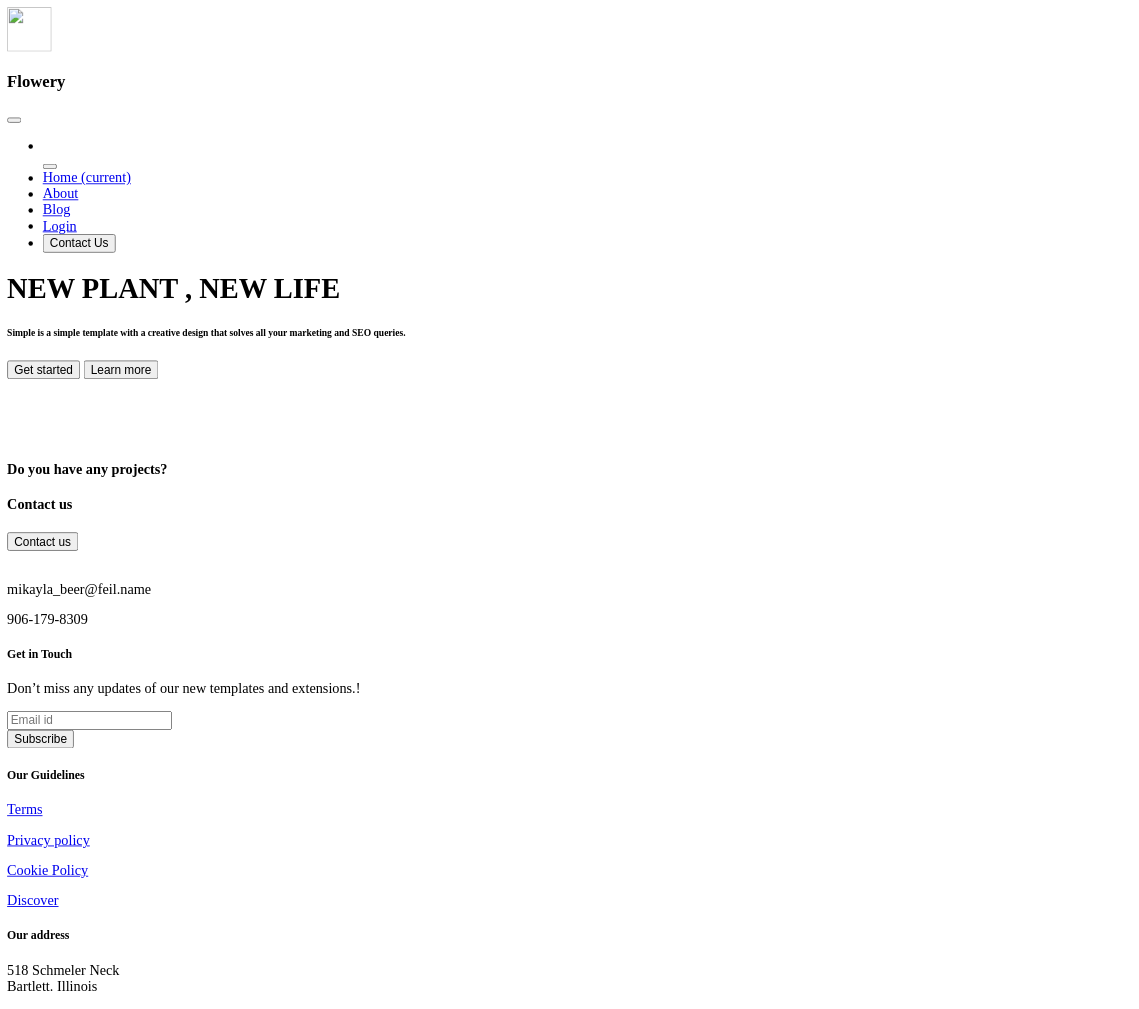
Repository: sara55m/Login
Page: http://localhost/welcome
An editor plug-in stored every save of this project. The page is shown before and after the next save, followed by the edit.
The browser window is 1280 px wide. The pictures show the whole page, at 89% of full size.
The page is served by the project's Laravel application, run on PHP 8.4 with Laravel 10. Other server files are loaded and not shown.

Above is the page before, as saved 2024-03-03 21:57:31.

### routes/web.php
<?php

use Illuminate\Support\Facades\Route;
use App\Http\Controllers\RegisterController;
use App\Http\Controllers\LoginController;

/*
|--------------------------------------------------------------------------
| Web Routes
|--------------------------------------------------------------------------
|
| Here is where you can register web routes for your application. These
| routes are loaded by the RouteServiceProvider and all of them will
| be assigned to the "web" middleware group. Make something great!
|
*/

Route::get('/welcome', function () {
    return view('welcome');
});


Route::get('/register', [RegisterController::class,'create']);


Route::post('/register/store', [RegisterController::class,'store']);

Route::get('/login', [LoginController::class,'create']);

Route::post('/login/store', [LoginController::class,'store']);

### resources/views/welcome.blade.php
<!DOCTYPE html>
<html lang="en">
<head>
  <title>Simple landing page</title>
  <meta charset="UTF-8">
  <meta name="viewport" content="width=device-width, initial-scale=1.0">
  <meta http-equiv="X-UA-Compatible" content="ie=edge">
  {{-- <link rel="stylesheet" href="vendors/owl-carousel/css/owl.carousel.min.css">
  <link rel="stylesheet" href="vendors/owl-carousel/css/owl.theme.default.css">
  <link rel="stylesheet" href="vendors/mdi/css/materialdesignicons.min.css">
  <link rel="stylesheet" href="vendors/aos/css/aos.css"> --}}
  <link rel="stylesheet" href="css/style.min.css">
</head>
<body id="body" data-spy="scroll" data-target=".navbar" data-offset="100">
  <header id="header-section">
    <nav class="navbar navbar-expand-lg pl-3 pl-sm-0" id="navbar">
    <div class="container">
      <div class="navbar-brand-wrapper d-flex w-100">
        <img src="images/plant2.png" height="50" width="50"  alt="">
        <h3 class="nav-link">Flowery</h3>
        <button class="navbar-toggler ml-auto" type="button" data-toggle="collapse" data-target="#navbarSupportedContent" aria-controls="navbarSupportedContent" aria-expanded="false" aria-label="Toggle navigation">
          <span class="mdi mdi-menu navbar-toggler-icon"></span>
        </button>
      </div>
      <div class="collapse navbar-collapse navbar-menu-wrapper" id="navbarSupportedContent">
        <ul class="navbar-nav align-items-lg-center align-items-start ml-auto">
          <li class="d-flex align-items-center justify-content-between pl-4 pl-lg-0">
            <div class="navbar-collapse-logo">
              <img src="images/Group2.svg" alt="">
            </div>
            <button class="navbar-toggler close-button" type="button" data-toggle="collapse" data-target="#navbarSupportedContent" aria-controls="navbarSupportedContent" aria-expanded="false" aria-label="Toggle navigation">
              <span class="mdi mdi-close navbar-toggler-icon pl-5"></span>
            </button>
          </li>
          <li class="nav-item">
            <a class="nav-link" href="#header-section">Home <span class="sr-only">(current)</span></a>
          </li>
          <li class="nav-item">
            <a class="nav-link" href="#features-section">About</a>
          </li>
          <li class="nav-item">
            <a class="nav-link" href="#digital-marketing-section">Blog</a>
          </li>
          <li class="nav-item">
            <a class="nav-link" href="/login">Login</a>
          </li>
          <li class="nav-item btn-contact-us pl-4 pl-lg-0">
            <button class="btn btn-info" data-toggle="modal" data-target="#exampleModal">Contact Us</button>
          </li>
        </ul>
      </div>
    </div>
    </nav>
  </header>
  <div class="banner" >
    <div class="container">
      <h1 class="font-weight-semibold">NEW PLANT , NEW LIFE</h1>
      <h6 class="font-weight-normal text-muted pb-3">Simple is a simple template with a creative design that solves all your marketing and SEO queries.</h6>
      <div>
        <button class="btn btn-opacity-light mr-1">Get started</button>
        <button class="btn btn-opacity-success ml-1">Learn more</button>
      </div>
      <img src="images/Group171.svg" alt="" class="img-fluid">
    </div>
  </div>
  <br/>
  <br/>
  <br/>
  <div class="content-wrapper">
    <div class="container">
  <section class="contact-us" id="contact-section">
    <div class="contact-us-bgimage grid-margin" >
      <div class="pb-4">
        <h4 class="px-3 px-md-0 m-0" data-aos="fade-down">Do you have any projects?</h4>
        <h4 class="pt-1" data-aos="fade-down">Contact us</h4>
      </div>
      <div data-aos="fade-up">
        <button class="btn btn-rounded btn-outline-danger">Contact us</button>
      </div>
    </div>
  </section>

  <section class="contact-details" id="contact-details-section">
    <div class="row text-center text-md-left">
      <div class="col-12 col-md-6 col-lg-3 grid-margin">
        <img src="images/Group2.svg" alt="" class="pb-2">
        <div class="pt-2">
          <p class="text-muted m-0">mikayla_beer@feil.name</p>
          <p class="text-muted m-0">906-179-8309</p>
        </div>
      </div>
      <div class="col-12 col-md-6 col-lg-3 grid-margin">
        <h5 class="pb-2">Get in Touch</h5>
        <p class="text-muted">Don’t miss any updates of our new templates and extensions.!</p>
        <form>
          <input type="text" class="form-control" id="Email" placeholder="Email id">
        </form>
        <div class="pt-3">
          <button class="btn btn-dark">Subscribe</button>
        </div>
      </div>
      <div class="col-12 col-md-6 col-lg-3 grid-margin">
        <h5 class="pb-2">Our Guidelines</h5>
        <a href="#"><p class="m-0 pb-2">Terms</p></a>
        <a href="#" ><p class="m-0 pt-1 pb-2">Privacy policy</p></a>
        <a href="#"><p class="m-0 pt-1 pb-2">Cookie Policy</p></a>
        <a href="#"><p class="m-0 pt-1">Discover</p></a>
      </div>
      <div class="col-12 col-md-6 col-lg-3 grid-margin">
          <h5 class="pb-2">Our address</h5>
          <p class="text-muted">518 Schmeler Neck<br>Bartlett. Illinois</p>
          <div class="d-flex justify-content-center justify-content-md-start">
            <a href="#"><span class="mdi mdi-facebook"></span></a>
            <a href="#"><span class="mdi mdi-twitter"></span></a>
            <a href="#"><span class="mdi mdi-instagram"></span></a>
            <a href="#"><span class="mdi mdi-linkedin"></span></a>
          </div>
      </div>
    </div>
  </section>
    </div>
  </div>



  {{-- <script src="vendors/jquery/jquery.min.js"></script>
  <script src="vendors/bootstrap/bootstrap.min.js"></script>
  <script src="vendors/owl-carousel/js/owl.carousel.min.js"></script>
  <script src="vendors/aos/js/aos.js"></script> --}}
  <script src="js/landingpage.js"></script>
</body>
</html>

After the next save:
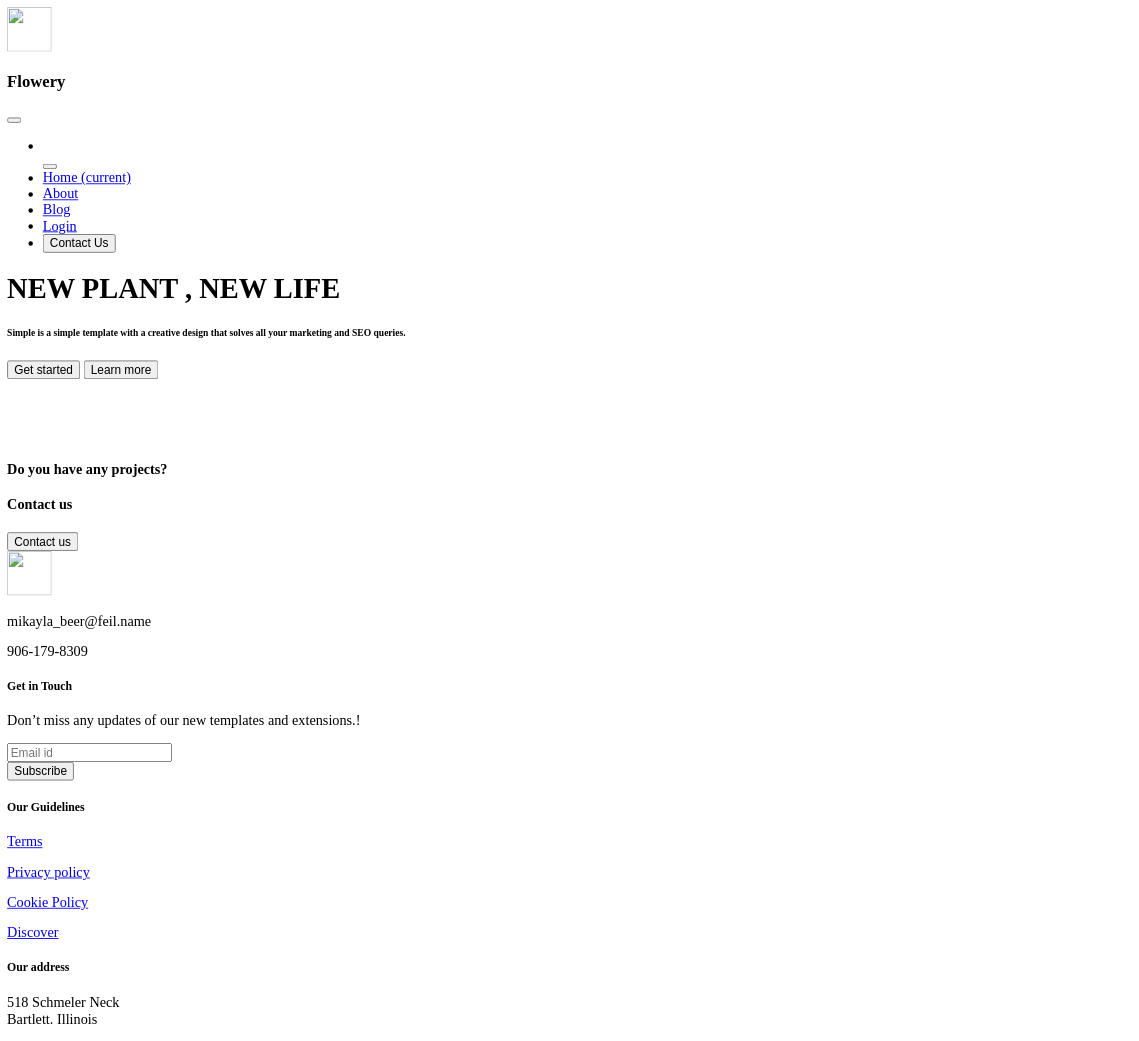
Saved 76 s later.
--- a/resources/views/welcome.blade.php
+++ b/resources/views/welcome.blade.php
@@ -83,7 +83,7 @@
   <section class="contact-details" id="contact-details-section">
     <div class="row text-center text-md-left">
       <div class="col-12 col-md-6 col-lg-3 grid-margin">
-        <img src="images/Group2.svg" alt="" class="pb-2">
+        <img src="images/plant2.png" height="50" width="50" alt="" class="pb-2">
         <div class="pt-2">
           <p class="text-muted m-0">mikayla_beer@feil.name</p>
           <p class="text-muted m-0">906-179-8309</p>
